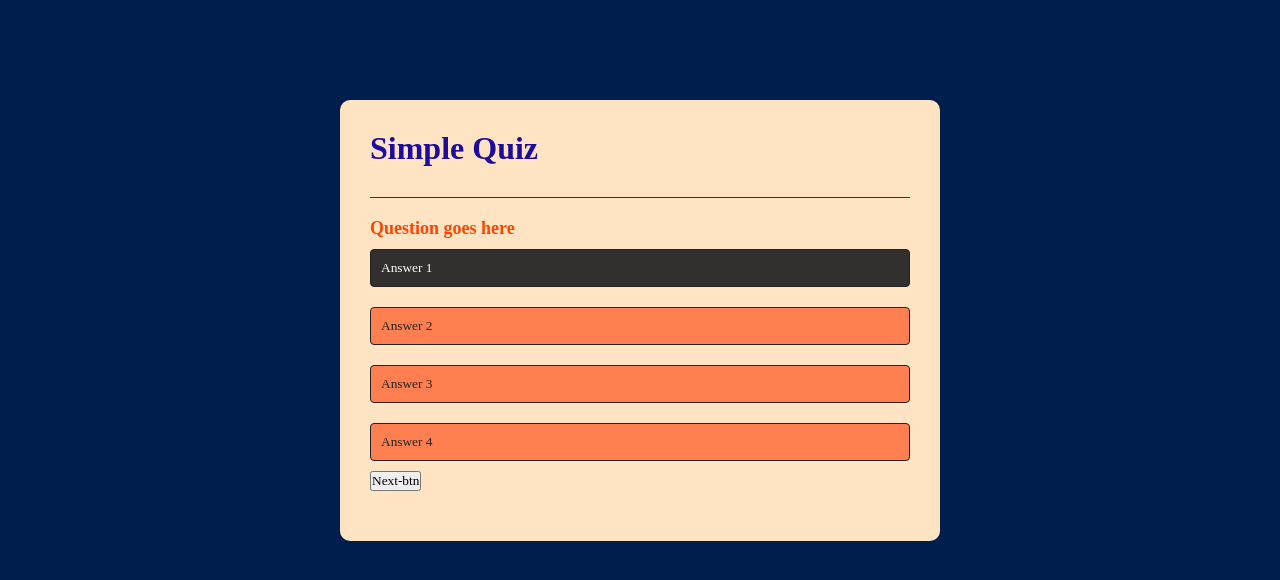
Repository: supriya123yadav/Quiz-project
Page: index.html
These files come from the project's save history. The page is drawn as it stood at one moment and after the next save; the edit follows.
The browser window is 1280 px wide. The pictures show the whole page.
The pointer rests on the first visible `.btn`.

Above is the page before, as saved 2024-07-07 16:08:58.

After the next save:
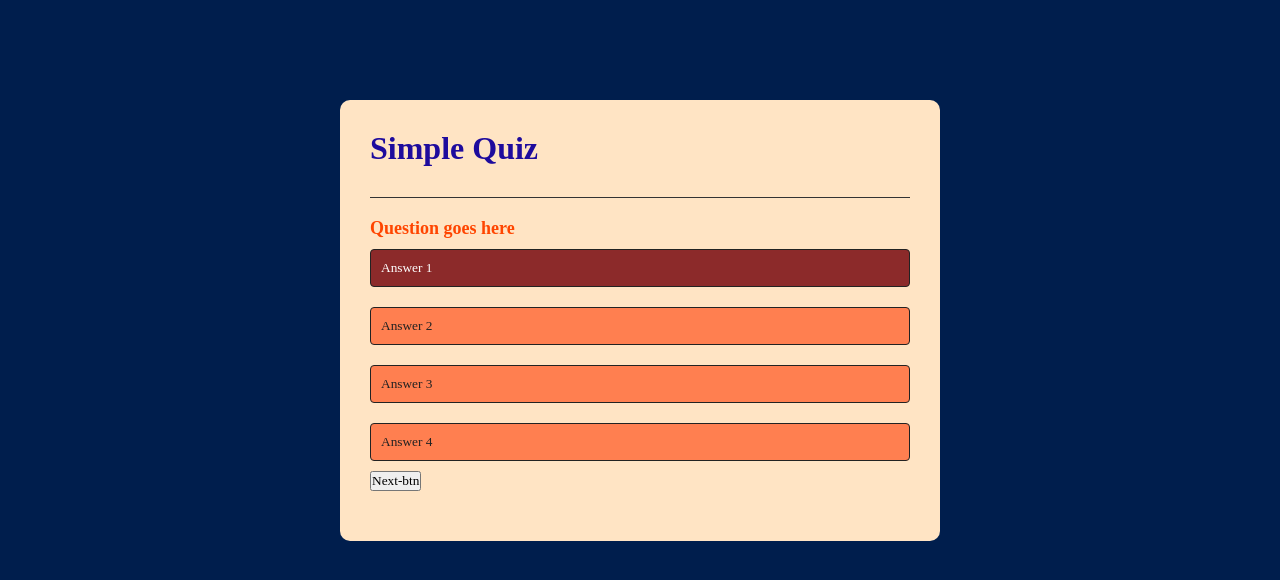
Saved 88 s later.
--- a/style.css
+++ b/style.css
@@ -47,7 +47,7 @@ body{
     cursor: pointer;
 }
 .btn:hover{
-    background: rgb(50, 47, 47);
+    background: rgb(140, 42, 42);
     color: white;
 }
 #Next-btn{
